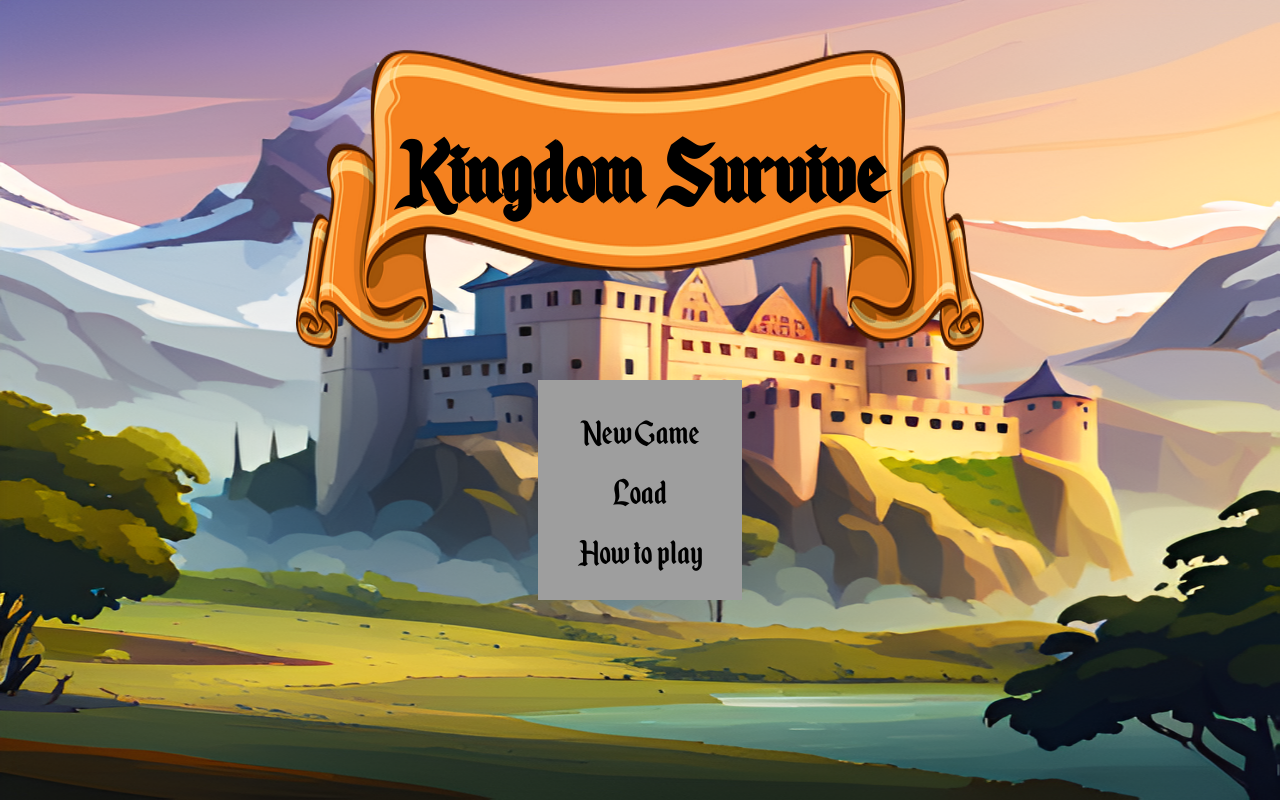
Repository: seolsa1014/webgame
Page: website/src/main/webapp/main.html
An editor plug-in stored every save of this project. The page is shown before and after the next save, followed by the edit.
The browser window is 1280 px wide. The pictures show the whole page.
Pictures or frames that could not be fetched are drawn as grey boxes.

Above is the page before, as saved 2023-12-15 22:15:05.

After the next save:
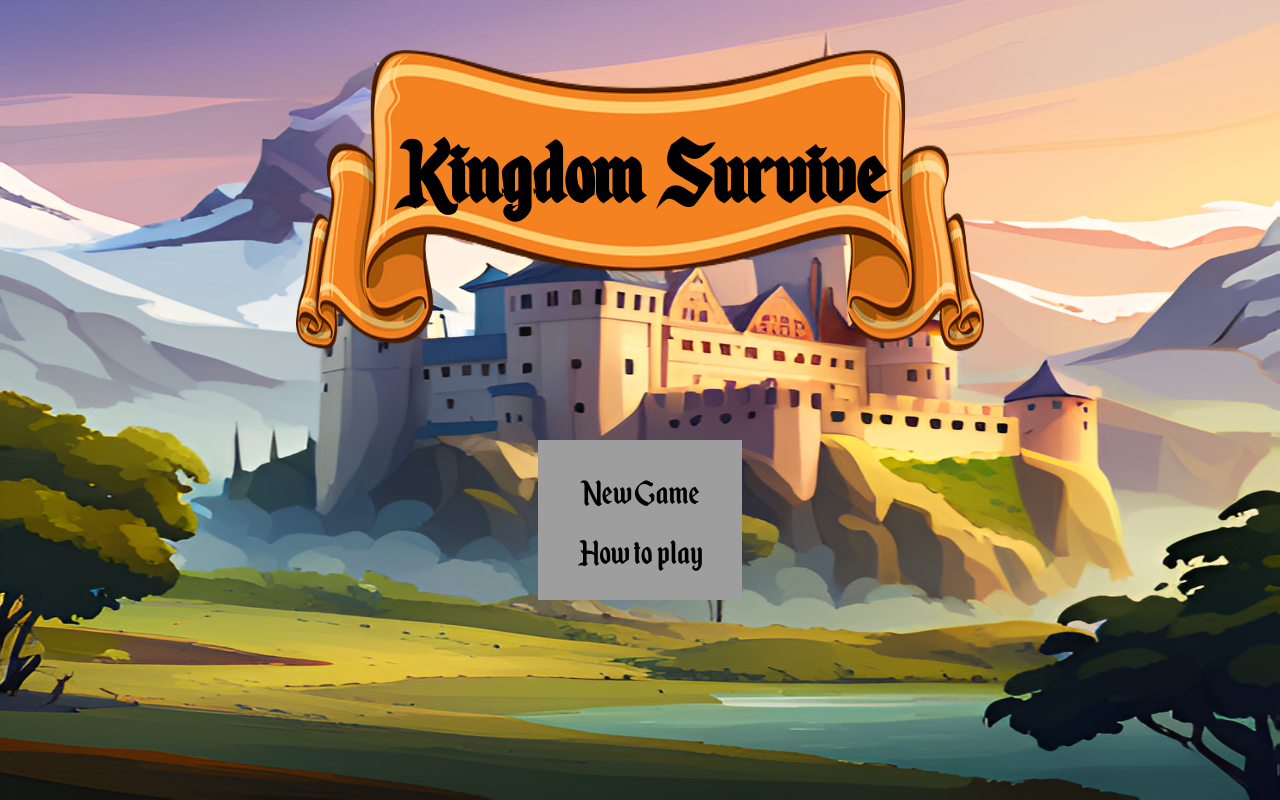
Console error (its wording comes from the project's code and is left out).
Saved 11 s later.
--- a/website/src/main/webapp/main.html
+++ b/website/src/main/webapp/main.html
@@ -13,7 +13,7 @@
 
     <div class="buttons">
         <button class="button" onclick="startNewGame()">New Game</button>
-        <button class="button">Load</button>
+        <button class="button" onclick="startNewGame()>Load</button>
         <button class="button" onclick="goToHowToPlay()">How to play</button>
     </div>
 

After the save that followed:
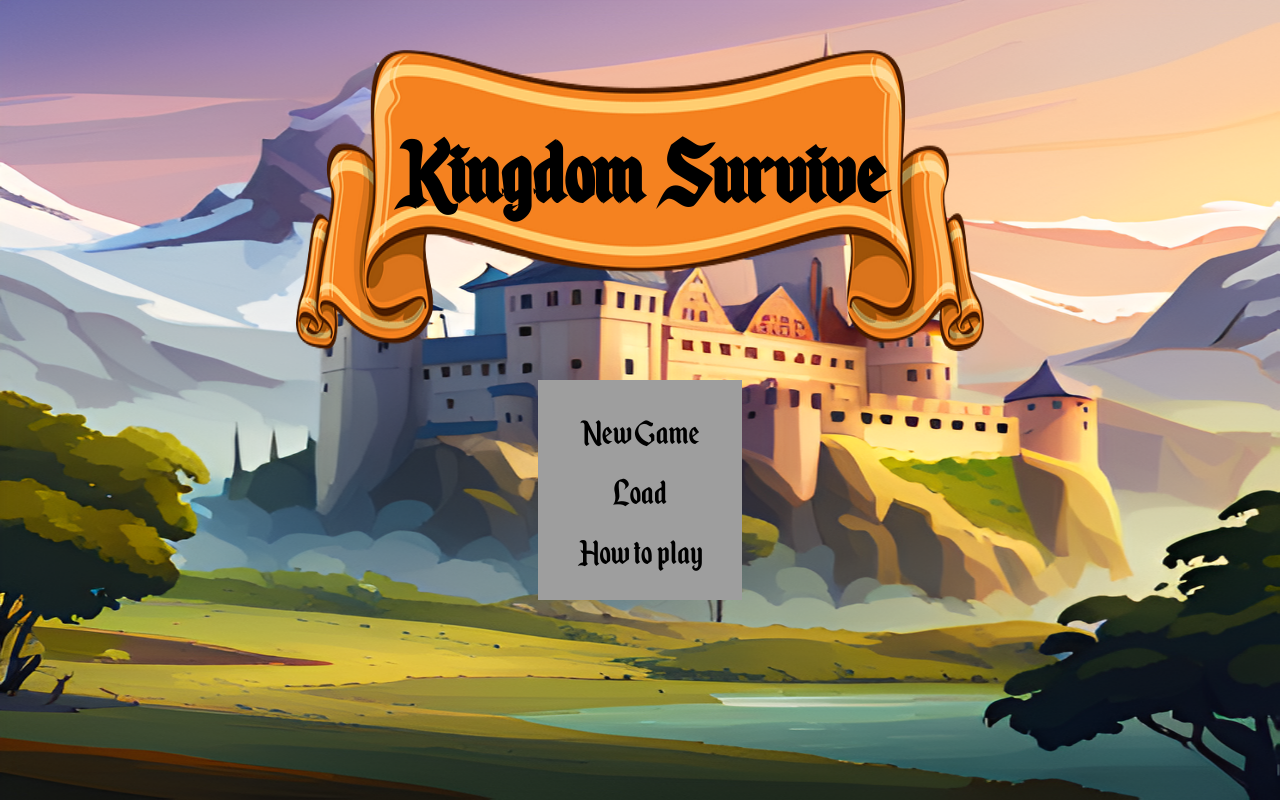
The error is gone.
Saved 17 s later.
--- a/website/src/main/webapp/main.html
+++ b/website/src/main/webapp/main.html
@@ -13,7 +13,7 @@
 
     <div class="buttons">
         <button class="button" onclick="startNewGame()">New Game</button>
-        <button class="button" onclick="startNewGame()>Load</button>
+        <button class="button" onclick="goToload()">Load</button>
         <button class="button" onclick="goToHowToPlay()">How to play</button>
     </div>
 
